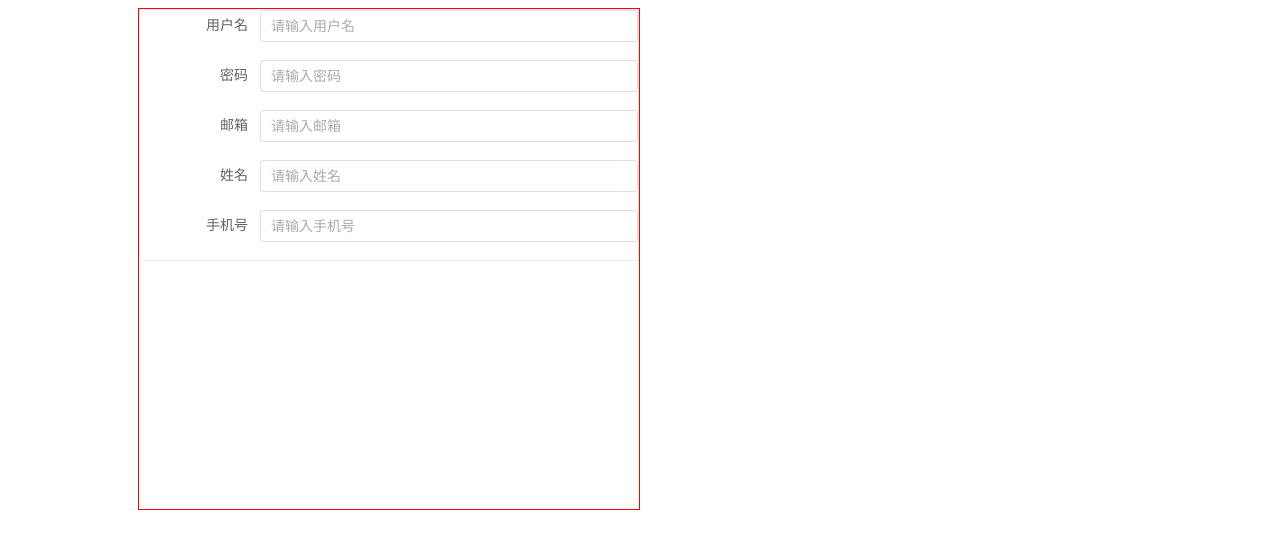
Repository: Mickey1216/yzkj_login_demo
Page: /register
An editor plug-in stored every save of this project. The page is shown before and after a run of saves, followed by the edit.
The browser window is 1280 px wide. The pictures show the whole page.
The project was rebuilt for these pictures with package versions that can differ from the ones it lists, and the page was loaded fresh each time. Also part of the build but not shown: vite.config.js, src/views/Login.vue.

Above is the page before, as saved 2023-07-04 14:51:48.

### src/main.js
import './assets/main.css'
import { createApp } from 'vue'
import App from './App.vue'
import router from './router'
import ElementPlus from 'element-plus'
import 'element-plus/dist/index.css'

const app = createApp(App)
app.use(router)
app.use(ElementPlus)
app.mount('#app')

### src/assets/main.css
#app {
  max-width: 1280px;
  margin: 0 auto;
  padding: 2rem;

  font-weight: normal;
}

a,
.green {
  text-decoration: none;
  color: hsla(160, 100%, 37%, 1);
  transition: 0.4s;
}

@media (hover: hover) {
  a:hover {
    background-color: hsla(160, 100%, 37%, 0.2);
  }
}

@media (min-width: 1024px) {
  body {
    display: flex;
    place-items: center;
  }

  #app {
    display: grid;
    grid-template-columns: 1fr 1fr;
    padding: 0 2rem;
  }
}

### src/App.vue
<template>
  <div class="ct">
    <routerView/>
  </div>
</template>

<script setup>

</script>

<style scoped>

</style>

### src/router/index.js
import { createRouter, createWebHistory } from 'vue-router'
import RegisterView from '../views/Register.vue'
import LoginView from '../views/Login.vue'

const router = createRouter({
  history: createWebHistory(import.meta.env.BASE_URL),
  routes: [
    {
      path: '/register',
      name: 'home',
      component: RegisterView
    },
    {
      path: '/login',
      name: 'login',
      component: LoginView
    }
  ]
})

export default router

### src/views/Register.vue
<template>
  <div class="register">

    <el-form :model="form" label-width="120px" style="border:1px solid #eee;">
    <el-form-item label="用户名">
      <el-input placeholder="请输入用户名" v-model="form.name"/>
    </el-form-item>
    <el-form-item label="密码">
      <el-input placeholder="请输入密码" v-model="form.password"/>
    </el-form-item>
    <el-form-item label="邮箱">
      <el-input placeholder="请输入邮箱" v-model="form.email"/>
    </el-form-item>
    <el-form-item label="姓名">
      <el-input placeholder="请输入姓名" v-model="form.name"/>
    </el-form-item>
    <el-form-item label="手机号">
      <el-input placeholder="请输入手机号" v-model="form.phone"/>
    </el-form-item>
  </el-form>
  </div>
</template>

<script setup>
import { reactive } from 'vue'

const form = reactive({
  name: '',
  password: '',
  email: '',
  name: '',
  phone: '',

})
</script>

<style scoped>
.register{
  width: 500px;
  height: 500px;
  border: 1px solid red;
}
</style>

Loaded but not shown: index.html (common file)

After the next 2 saves:
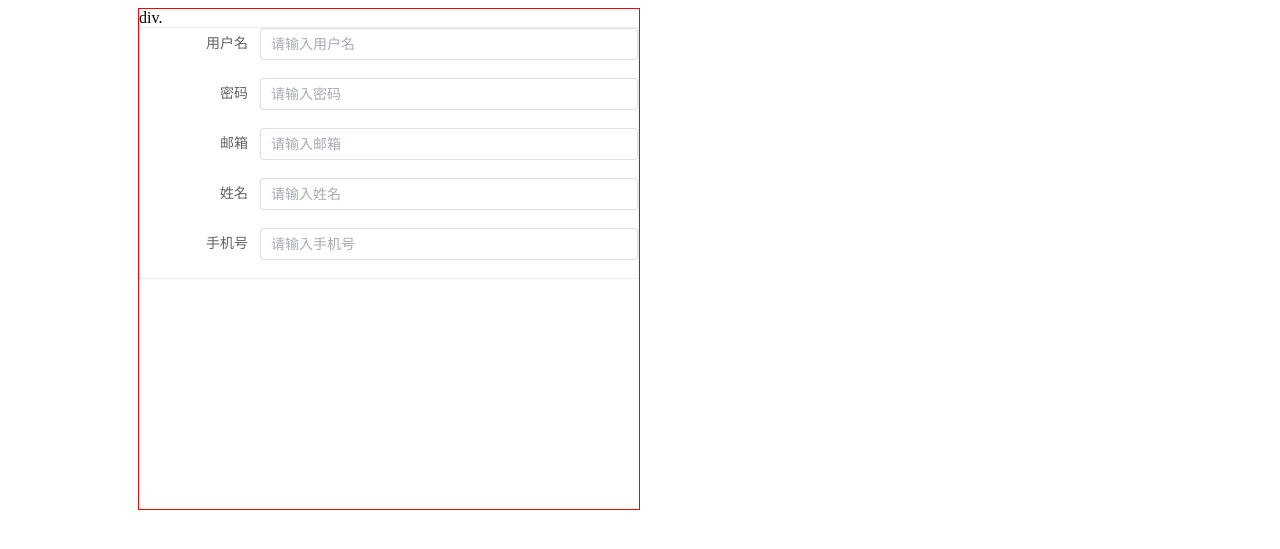
The 2 saves are shown as one change because they came seconds apart.
The last was saved 18 s later.
--- a/src/views/Register.vue
+++ b/src/views/Register.vue
@@ -1,6 +1,6 @@
 <template>
   <div class="register">
-
+    div.
     <el-form :model="form" label-width="120px" style="border:1px solid #eee;">
     <el-form-item label="用户名">
       <el-input placeholder="请输入用户名" v-model="form.name"/>

After the save that followed:
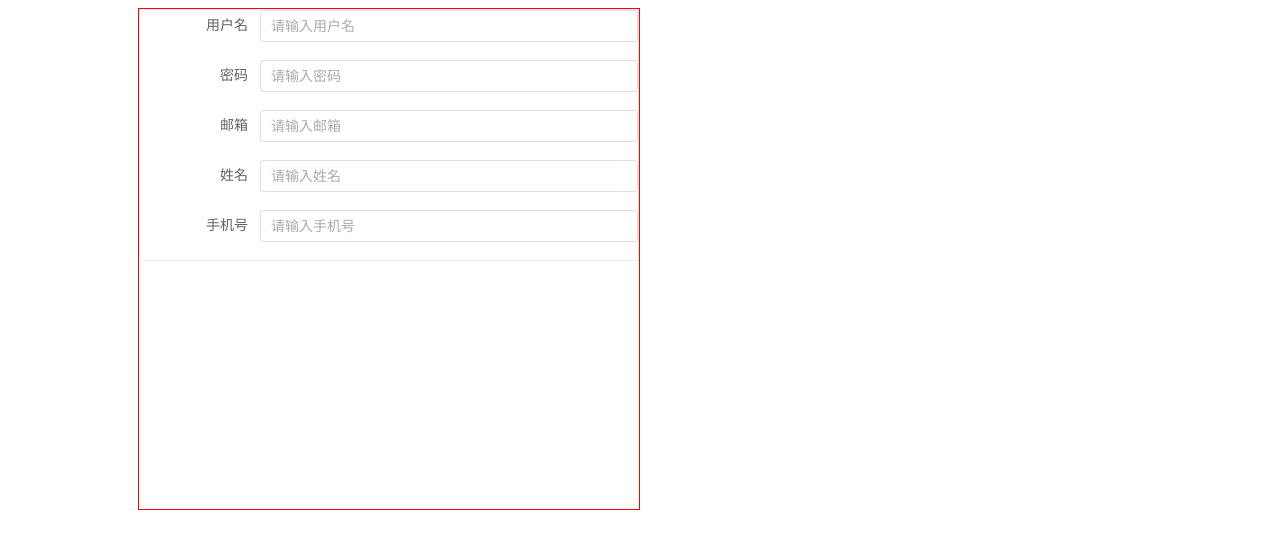
Saved 7 s later.
--- a/src/views/Register.vue
+++ b/src/views/Register.vue
@@ -1,6 +1,6 @@
 <template>
   <div class="register">
-    div.
+    <div class="title"></div>
     <el-form :model="form" label-width="120px" style="border:1px solid #eee;">
     <el-form-item label="用户名">
       <el-input placeholder="请输入用户名" v-model="form.name"/>
